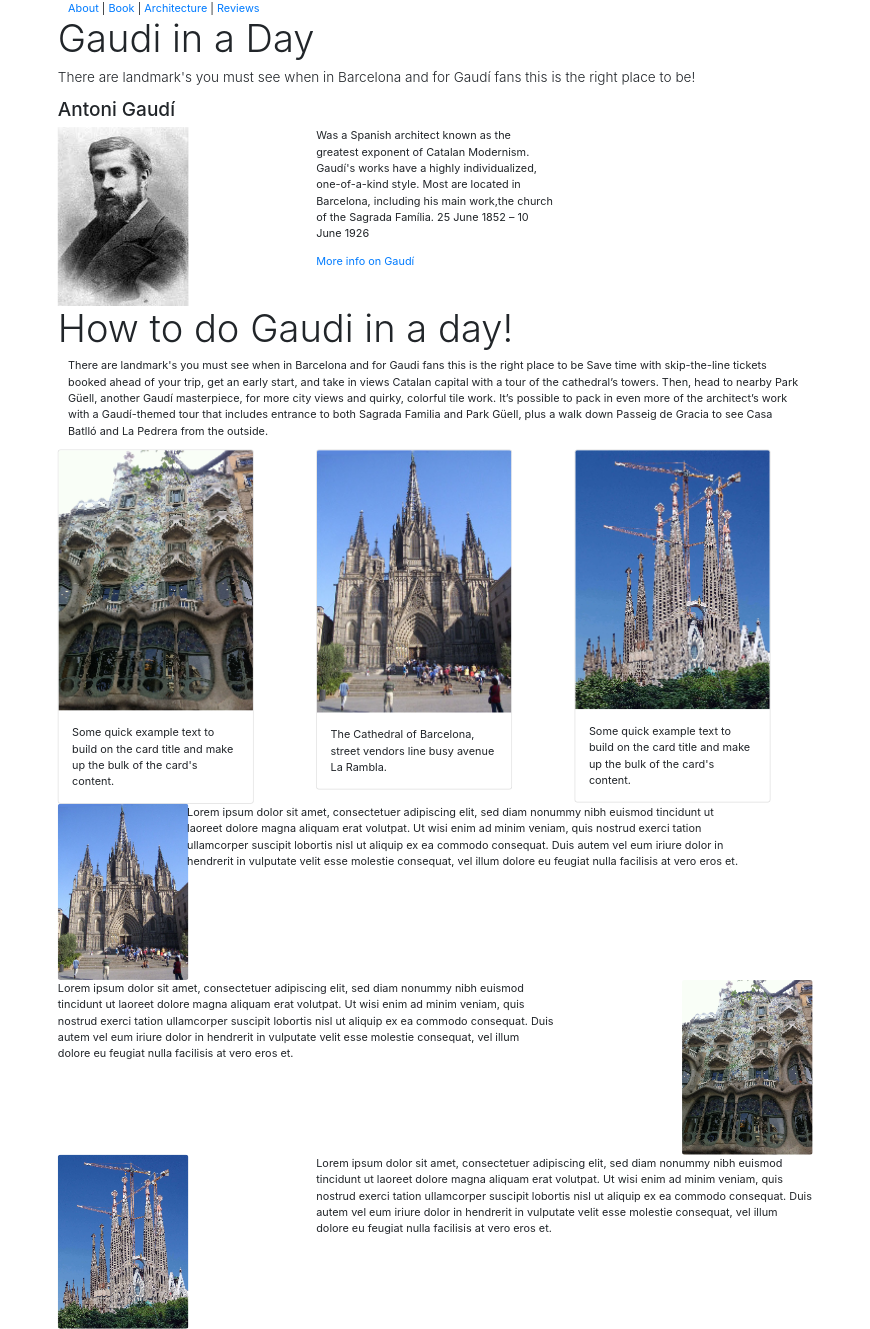
Repository: Taitdanielle/Milestone1
Page: index.html
The author's editor kept a record of every edit. The page is drawn from the files as they stood at one moment, then again after the next edit.
The browser window is 1280 px wide. The pictures show the whole page, at 68% of full size.

Above is the page before.

After the next edit:
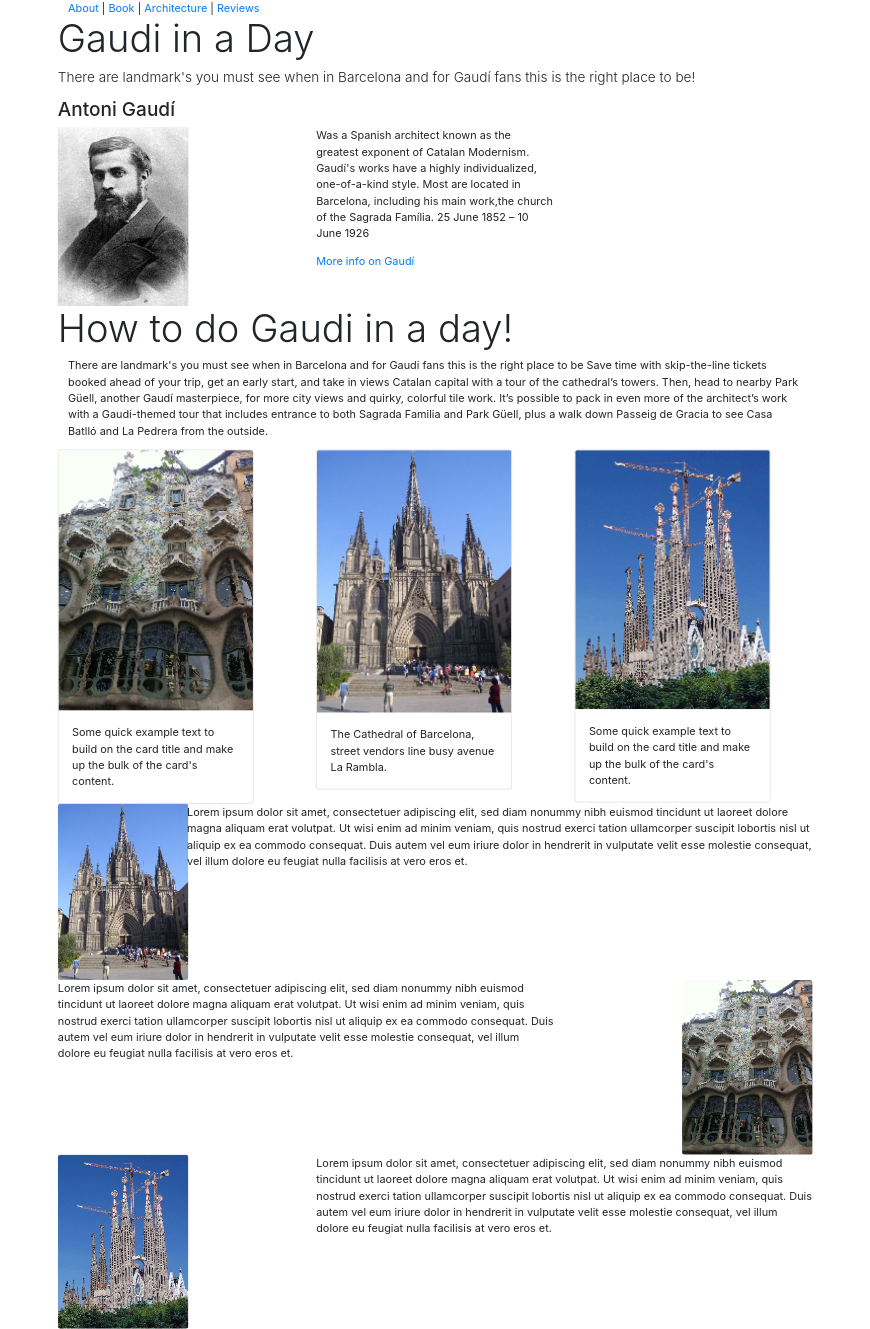
The edit:
--- a/index.html
+++ b/index.html
@@ -89,8 +89,8 @@
             <div class="col-md-2">
                 <img src="images/Sta-eulalia.jpg" class="rounded float-left" alt="barrigotic building">
             </div>
-            <div class="col-md-9">
-                <p>Lorem ipsum dolor sit amet, consectetuer adipiscing elit, sed diam nonummy nibh euismod tincidunt ut laoreet dolore magna aliquam erat volutpat. Ut wisi enim ad minim veniam, quis nostrud exerci tation ullamcorper suscipit lobortis nisl
+            <div class="col-md-10">
+                <p class="par-padding-left">Lorem ipsum dolor sit amet, consectetuer adipiscing elit, sed diam nonummy nibh euismod tincidunt ut laoreet dolore magna aliquam erat volutpat. Ut wisi enim ad minim veniam, quis nostrud exerci tation ullamcorper suscipit lobortis nisl
                     ut aliquip ex ea commodo consequat. Duis autem vel eum iriure dolor in hendrerit in vulputate velit esse molestie consequat, vel illum dolore eu feugiat nulla facilisis at vero eros et.</p>
             </div>
         </div>
